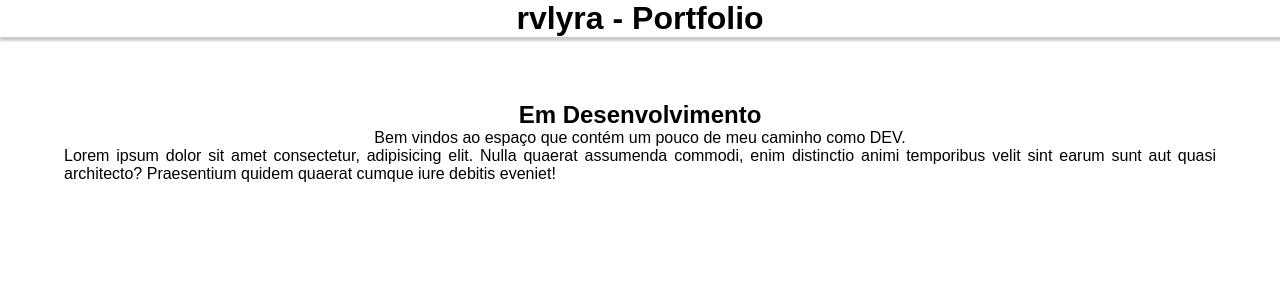
Repository: rvlyra/splash-screen-rvlyra
Page: Portfolio-RVLYRA/public/index.html
The author's editor kept a copy of each file at every save. The page is drawn from the files as they stood at one save, then again after the next save.
The browser window is 1280 px wide. The pictures show the whole page.
Some web fonts or font styles are not loaded; a fallback is used.

Above is the page before, as saved 2022-07-06 09:25:00.

### Portfolio-RVLYRA/public/index.html
<!DOCTYPE html>
<html lang="en">
<head>
    <meta charset="UTF-8">
    <meta http-equiv="X-UA-Compatible" content="IE=edge">
    <meta name="viewport" content="width=device-width, initial-scale=1.0">
    <link rel="stylesheet" href="../assets/src/css/rl.main.css">
    <title>rvlyra @ Portfolio</title>
</head>
<body>
    <header class="header">
        <h1>rvlyra - Portfolio</h1>
    </header>

    <section class="sec-one">
        <h2>Em Desenvolvimento</h2>
        <p>Bem vindos ao espaço que contém um pouco de meu caminho como DEV.</p>
        <p>Lorem ipsum dolor sit amet consectetur, adipisicing elit. Nulla quaerat assumenda commodi, enim distinctio animi temporibus velit sint earum sunt aut quasi architecto? Praesentium quidem quaerat cumque iure debitis eveniet!</p>
    </section>
    <section></section>
    <section></section>

</body>
</html>

### Portfolio-RVLYRA/assets/src/css/rl.main.css
@import url('https://fonts.googleapis.com/css2?family=Mingzat&display=swap');

* {
    margin: 0;
    padding: 0;
    box-sizing: border-box;
}

.header {
    font-family: 'Mingzat', sans-serif;
    display:flex;
    justify-content:center;
    align-items:center;
    box-shadow: 2px 2px 2px 2px rgba(0, 0, 0, 0.2);
}

.sec-one {
    font-family: 'Mingzat', sans-serif;
    display:flex;
    justify-content:space-evenly;
    align-items:center;
    flex-direction: column;

    text-align: justify;

    margin: 5%;
}

After the next save:
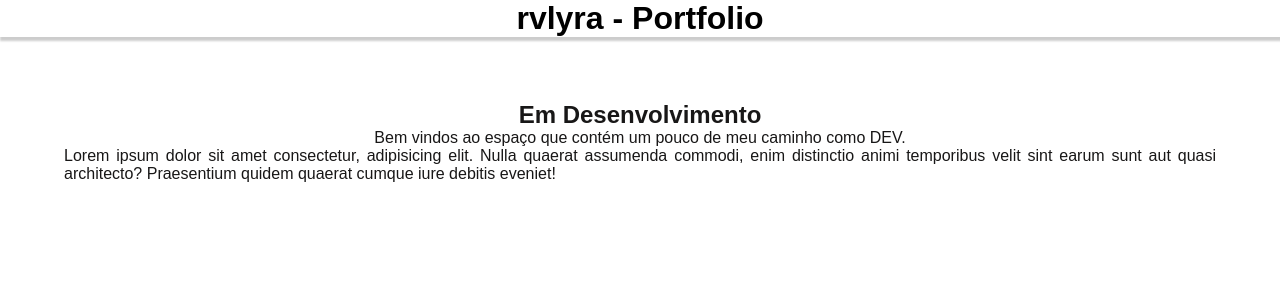
Saved 55 s later.
--- a/Portfolio-RVLYRA/assets/src/css/rl.main.css
+++ b/Portfolio-RVLYRA/assets/src/css/rl.main.css
@@ -20,7 +20,7 @@
     justify-content:space-evenly;
     align-items:center;
     flex-direction: column;
-
+    color: rgb(24, 23, 23);
     text-align: justify;
 
     margin: 5%;
